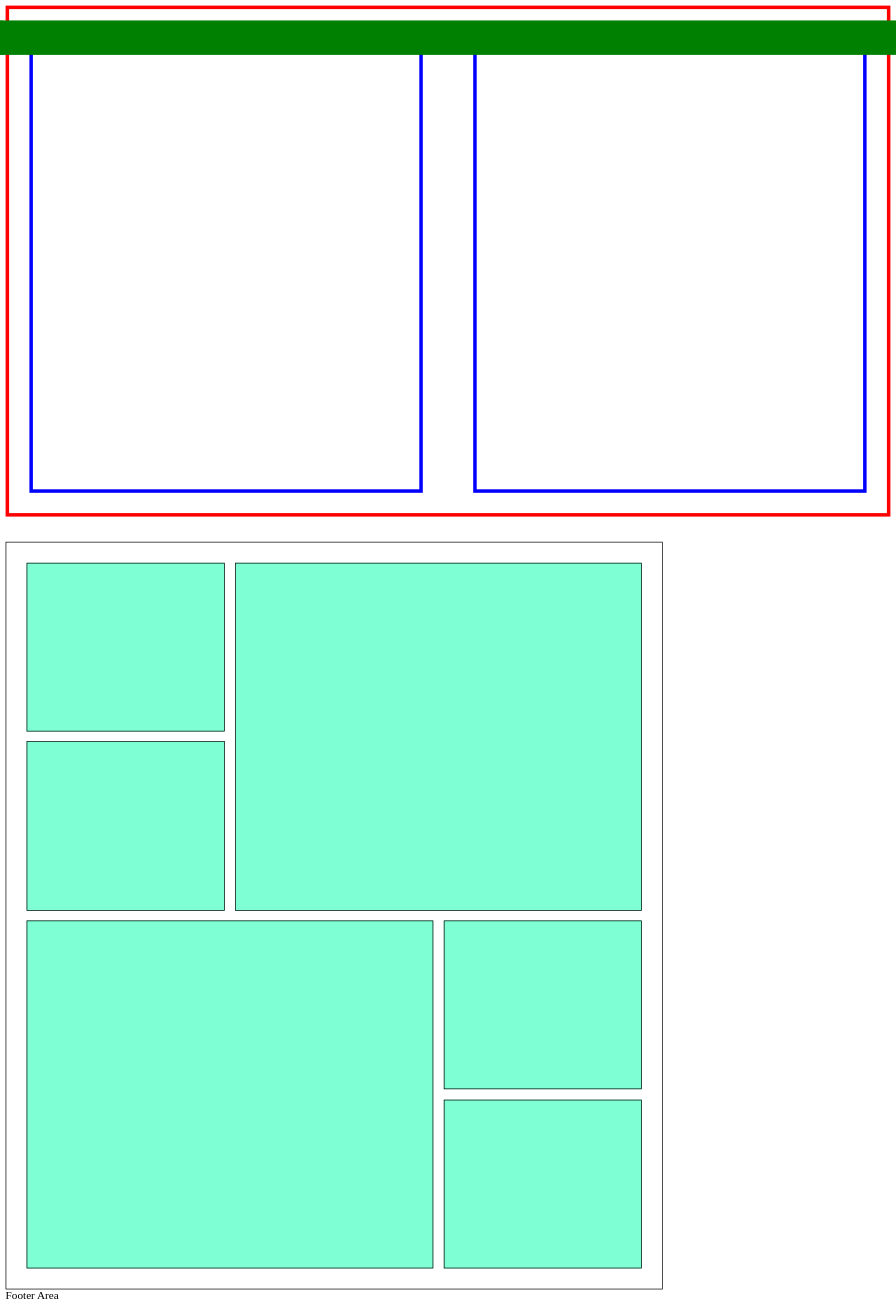
Repository: BwesewB/Brutalist-Website
Page: /
These files come from the project's save history. The page is drawn as it stood at one moment and after the next save; the edit follows.
The browser window is 1280 px wide. The pictures show the whole page, at 70% of full size.
The project was rebuilt for these pictures with package versions that can differ from the ones it lists, and the page was loaded fresh each time. The framework's server and built-in components were replaced by stand-ins that run in the browser. Also part of the build but not shown: next.config.mjs.

Above is the page before, as saved 2024-02-03 17:30:09.

After the next save:
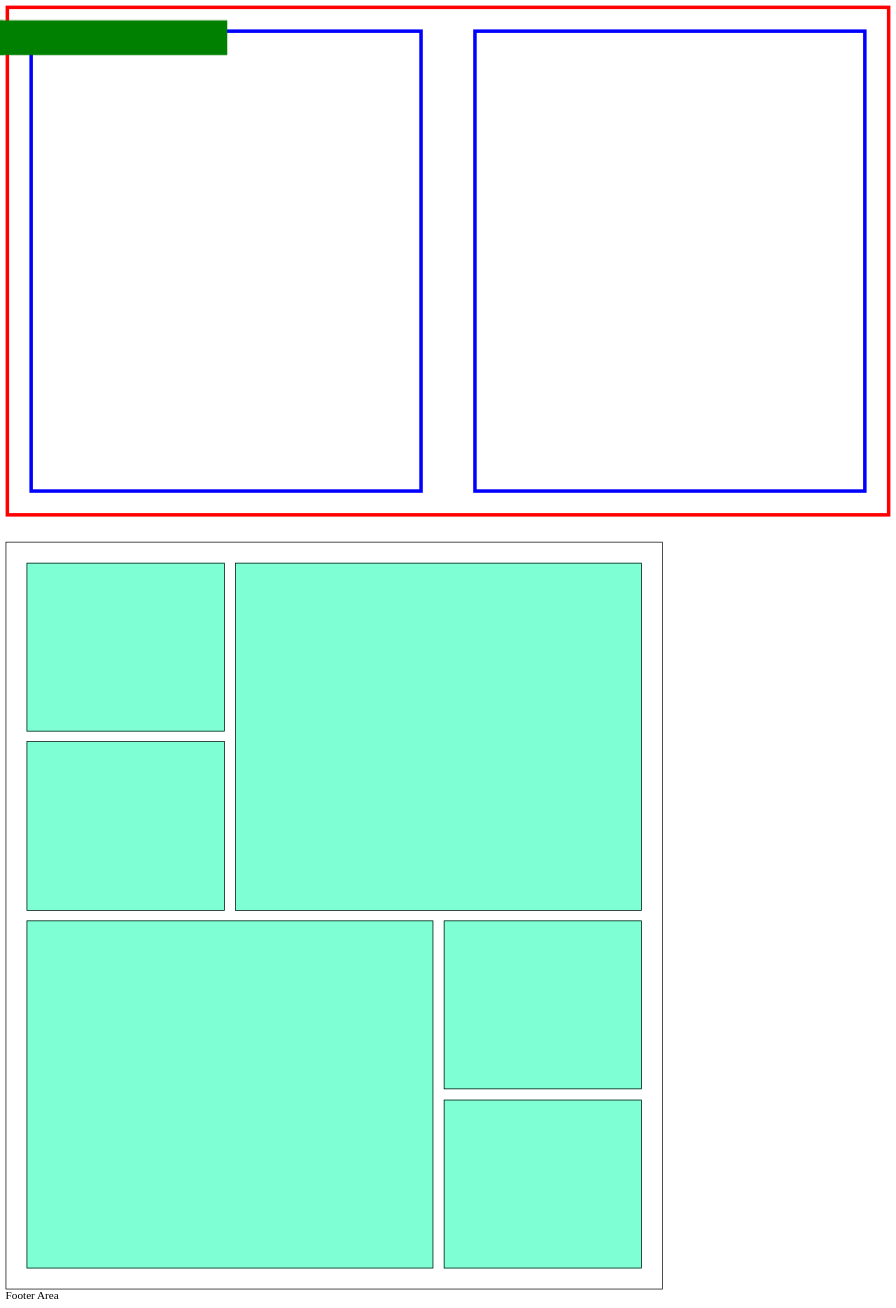
Saved 23 s later.
--- a/styles/Home.module.css
+++ b/styles/Home.module.css
@@ -48,10 +48,10 @@
   border-left: 5px solid green;
   background-color: green;
   position: fixed;
-  top: 4vh; /* Adjust as needed */
-  left: 0; /* Adjust as needed */
-  width: 100%; /* Make it full width */
-  height: 50px; /* Set your desired height */
+  top: 4vh;
+  left: 0;
+  width: 25%;
+  height: 50px;
 }
 
 /*---------------------------------------------------------------------------------------------------------*/
